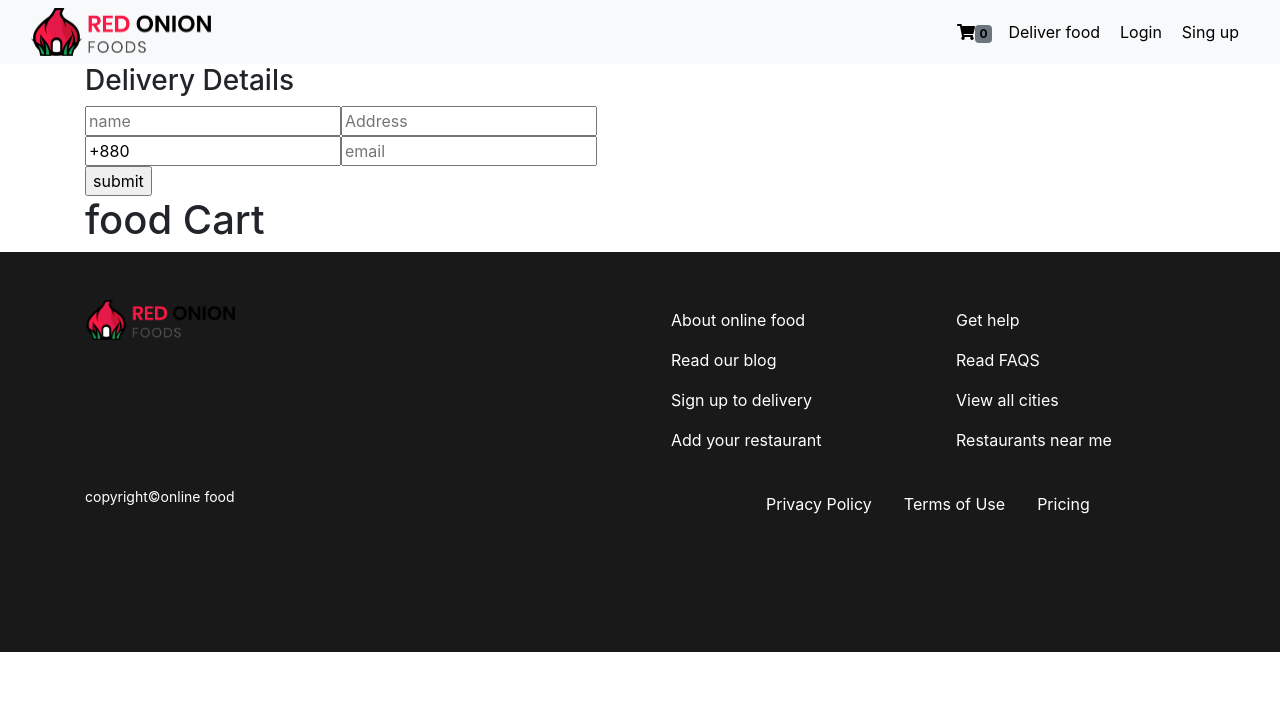
Repository: arif286/red-onion-client
Page: /cart
These files come from the project's save history. The page is drawn as it stood at one moment and after the next save; the edit follows.
The browser window is 1280 px wide. The pictures show the whole page.
The project was rebuilt for these pictures with package versions that can differ from the ones it lists, and the page was loaded fresh each time. Also part of the build but not shown: src/App.css, src/components/SearchBar/SearchBar.css, src/components/SearchBar/SearchBar.js, src/components/FoodDetails/FoodDetail.css, src/components/FoodDetails/FoodDetail.js, src/components/DeliveryFood/DeliveryFood.js, src/components/Food/Food.css, src/components/Food/FoodItem.js and 9 more.

Above is the page before, as saved 2021-03-30 16:01:17.

After the next save:
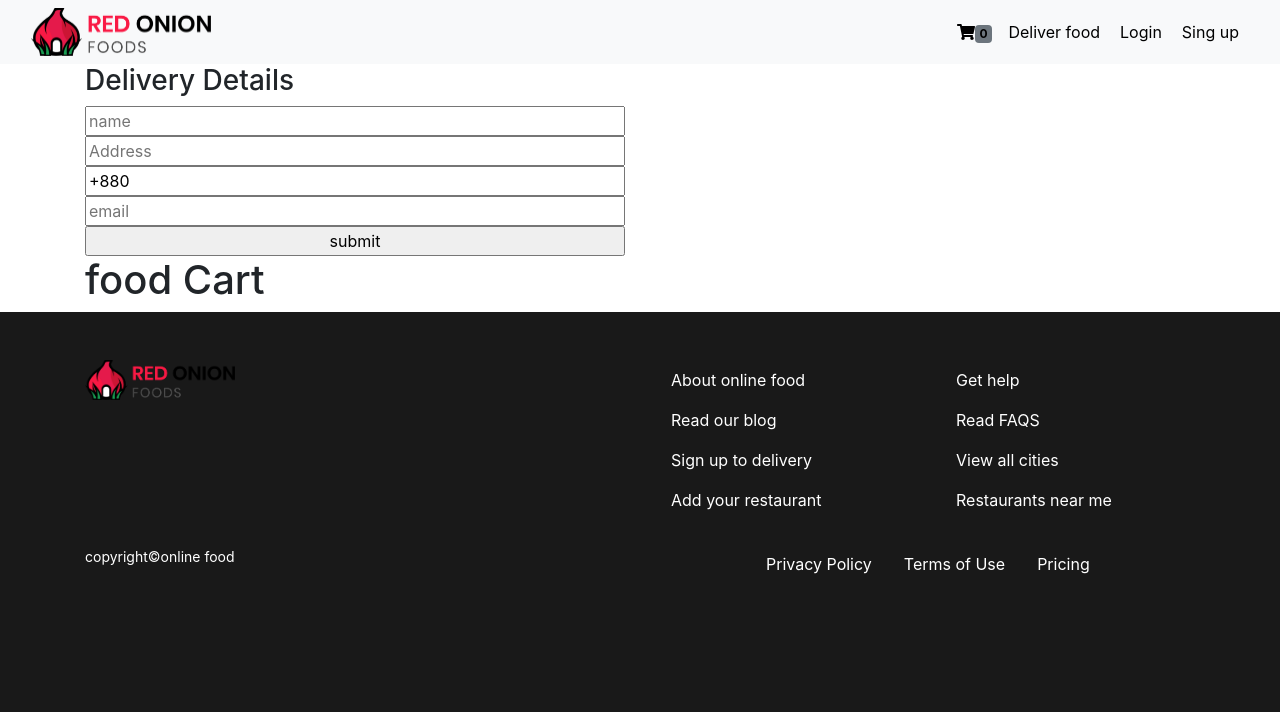
Saved 23 s later.
--- a/src/components/Cart/Cart.css
+++ b/src/components/Cart/Cart.css
@@ -1 +1,3 @@
-.delivery-form
+.delivery-form input {
+  width: 100%;
+}
